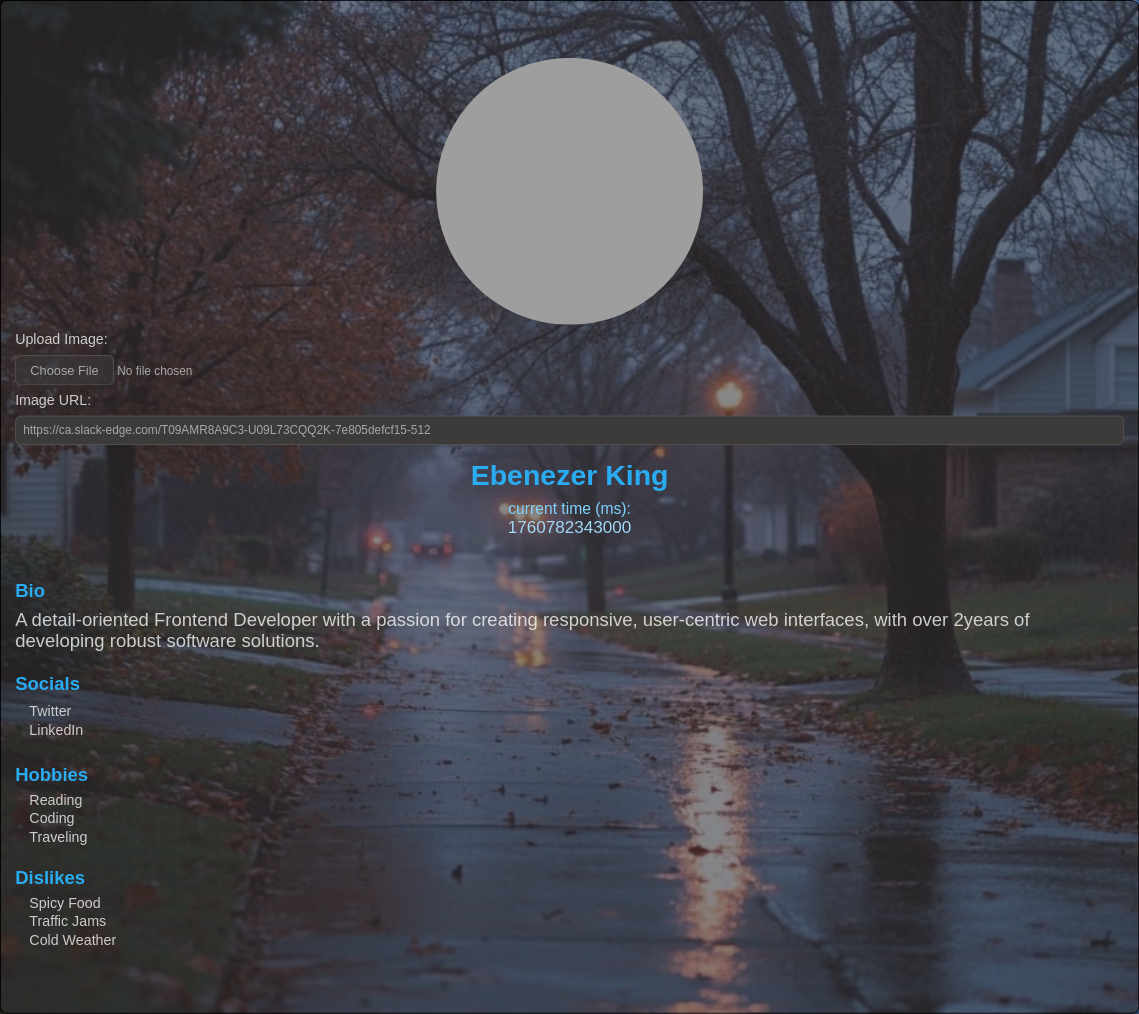
Repository: ebenezertiewei/profileCard
Page: index.html
These files come from the project's save history. The page is drawn as it stood at one moment and after the next save; the edit follows.
The browser window is 1280 px wide. The pictures show the whole page, at 89% of full size.
Pictures or frames that could not be fetched are drawn as grey boxes.

Above is the page before, as saved 2025-10-18 10:45:34.

### index.html
<!DOCTYPE html>
<html lang="en">
	<head>
		<meta charset="UTF-8" />
		<meta name="viewport" content="width=device-width, initial-scale=1.0" />
		<title>Profile Card</title>
		<link rel="stylesheet" href="style.css" />
	</head>
	<body>
		<!--------------------------------- PROFILE CARD CONTAINER ---------------------------->
		<article data-testid="test-profile-card">
			<!---------------------------------- PROFILE HEADER ---------------------------->
			<section id="profileHeader" data-testid="test-profile-header">
				<figure>
					<img
						src="https://ca.slack-edge.com/T09AMR8A9C3-U09L73CQQ2K-7e805defcf15-512"
						alt="Profile Avatar"
						data-testid="test-user-avatar"
						id="profileAvatar"
					/>
					<!-- <figcaption>Ebenezer King</figcaption> -->
				</figure>
				<section class="imageUploadMethods">
					<!-- image upload -->
					<label for="avatarUpload">Upload Image:</label>
					<input type="file" id="avatarUpload" accept="image/*" />
					<!-- image url -->
					<label for="avatarUrl">Image URL:</label>
					<input
						type="url"
						id="avatarUrl"
						placeholder="https://ca.slack-edge.com/T09AMR8A9C3-U09L73CQQ2K-7e805defcf15-512"
					/>
				</section>
				<h2 data-testid="test-user-name">Ebenezer King</h2>
				<!----------- current time----------->
				<span data-testid="test-user-time-header" class="time-header">
					current time (ms):
					<p data-testid="test-user-time"></p>
				</span>
			</section>
			<!---------------------------------- PROFILE DETAILS ---------------------------->
			<section id="profileDetails" data-testid="test-profile-details">
				<h3 data-testid="test-user-bio-header" class="bio-header">Bio</h3>
				<p data-testid="test-user-bio">
					A detail-oriented Frontend Developer with a passion for creating
					responsive, user-centric web interfaces, with over 2years of
					developing robust software solutions.
				</p>
				<!--------------------- social links ------------->
				<h3
					data-testid="test-user-social-links-header"
					class="social-links-header"
				>
					Socials
				</h3>
				<nav data-testid="test-user-social-links">
					<ul>
						<li>
							<a
								href="https://x.com/txch_king?s=11&t=o3w1r65yzU2hxbP-LDD1ug"
								target="_blank"
								rel="noopener noreferrer"
								data-testid="test-user-social-twitter"
							>
								Twitter
							</a>
						</li>
						<li>
							<a
								href="https://www.linkedin.com/in/ebenezer-t-093b21320/"
								target="_blank"
								rel="noopener noreferrer"
								data-testid="test-user-social-linkedin"
							>
								LinkedIn
							</a>
						</li>
					</ul>
				</nav>
				<!--------------------- hobbies ------------->
				<section data-testid="test-user-hobbies">
					<h3 data-testid="test-user-hobbies-header" class="hobbies-header">
						Hobbies
					</h3>
					<ul>
						<li>Reading</li>
						<li>Coding</li>
						<li>Traveling</li>
					</ul>
				</section>
				<!--------------------- dislikes ------------->
				<section data-testid="test-user-dislikes">
					<h3 data-testid="test-user-dislikes-header" class="dislikes-header">
						Dislikes
					</h3>
					<ul>
						<li>Spicy Food</li>
						<li>Traffic Jams</li>
						<li>Cold Weather</li>
					</ul>
				</section>
			</section>
		</article>

		<!-- javascript link -->
		<script src="script.js"></script>
	</body>
</html>

### style.css
/* ---------------------------------------------------------------- */
/*--------------- Project body general style ---------------*/
html {
	width: 100dvw;
	font-family: Arial, sans-serif;
	font-size: 1rem;
	font-weight: 400;
}
body {
	background-color: #605a5a;
	background-image: url("./assets/states.jpg");
	background-size: cover;
	background-position: center;
	background-repeat: no-repeat;
	/* height: 100%; */
	width: 100%;
}
* {
	padding: 0;
	margin: 0;
	border: 0;
	box-sizing: border-box;
	outline: none;
}

/*--------------------------MOBILE WORKFLOW---------------------*/
/*--------------profile card container -------------------*/
article[data-testid="test-profile-card"] {
	/* height: 100%; */
	width: 100%;
	padding: 3rem 1rem;
	background-color: rgba(61, 58, 58, 0.6);
	color: rgba(255, 255, 255, 0.761);
	display: flex;
	flex-direction: column;
	align-items: center;
	border: 1px solid #020202;
	border-radius: 8px;
	box-shadow: 0 2px 4px rgba(0, 0, 0, 0.1);
}

/*-------------  PROFILE HEADER  -------------*/
#profileHeader {
	width: 100%;
	display: flex;
	flex-direction: column;
	padding: 1rem 0;
	/* background-color: orange; */
}
#profileHeader figure {
	display: flex;
	flex-direction: column;
	align-items: center;
	margin-bottom: 0.5rem;
}
/*------------- profile header image -------------*/
#profileHeader img {
	border-radius: 50%;
	width: 300px;
	height: 300px;
	object-fit: cover;
}
/* -------------imageUploadMethods------------ */
.imageUploadMethods {
	display: flex;
	flex-direction: column;
	align-items: start;
}

.imageUploadMethods label {
	margin-bottom: 0.5rem;
}
.imageUploadMethods input {
	margin-bottom: 0.5rem;
	width: 100%;
}
#avatarUpload::file-selector-button {
	background-color: rgba(61, 58, 58, 0.6);
	color: #a8a8a8;
	padding: 0.5rem 1rem;
	border: 1px solid #555555;
	border-radius: 6px;
	cursor: pointer;
	font-size: 0.9rem;
	transition: background 0.3s;
}
#avatarUpload::file-selector-button:hover {
	background-color: #45a049;
	color: black;
}
#avatarUpload {
	color: #a8a8a8;
}
#avatarUrl::placeholder {
	background-color: rgb(61, 58, 58);
	color: #a8a8a8;
}
#avatarUrl {
	/* color: #ccc; */
	padding: 0.5rem;
	background-color: rgb(61, 58, 58);
	border: 1px solid #555555;
	border-radius: 6px;
}
/*--------------profile name --------------*/
#profileHeader h2 {
	display: flex;
	justify-content: center;
	margin: 0.5rem 0;
	font-size: 2rem;
	font-weight: 600;
	color: #2aacf3;
}
/*-------------- current time --------------*/
#profileHeader span[data-testid="test-user-time-header"] {
	display: flex;
	flex-direction: column;
	justify-content: center;
	align-items: center;
	font-size: 1.1rem;
	margin-bottom: 1rem;
	color: #7ed2ff;
}
#profileHeader p[data-testid="test-user-time"] {
	margin-bottom: 1rem;
	font-size: 1.2rem;
	color: #a1d8f6;
}
/*--------------  PROFILE DETAILS  --------------*/
.bio-header {
	display: flex;
	flex-direction: column;
	justify-content: start;
	margin-bottom: 0.5rem;
	font-size: 1.3rem;
	color: #2aacf3;
}
#profileDetails p[data-testid="test-user-bio"] {
	font-size: 1.3rem;
	margin-bottom: 1.5rem;
}
/* ------------------ social links --------------- */
.social-links-header {
	display: flex;
	flex-direction: column;
	justify-content: start;
	margin-bottom: 0.5rem;
	font-size: 1.3rem;
	color: #2aacf3;
}
#profileDetails nav[data-testid="test-user-social-links"] {
	display: flex;
	flex-direction: column;
	justify-content: start;
	margin-bottom: 1.5rem;
}
#profileDetails nav[data-testid="test-user-social-links"] ul {
	list-style: none;
}
#profileDetails nav[data-testid="test-user-social-links"] li {
	margin: 0.2rem 1rem;
}
#profileDetails nav[data-testid="test-user-social-links"] a {
	color: #ccc;
	text-decoration: none;
}
#profileDetails nav[data-testid="test-user-social-links"] a:hover {
	text-decoration: underline;
}
/* ------------------ hobbies --------------- */
.hobbies-header {
	display: flex;
	flex-direction: column;
	justify-content: start;
	margin-bottom: 0.5rem;
	font-size: 1.3rem;
	color: #2aacf3;
}
#profileDetails section[data-testid="test-user-hobbies"] ul {
	list-style: none;
	margin-bottom: 1.5rem;
}
#profileDetails section[data-testid="test-user-hobbies"] li {
	margin: 0.2rem 1rem;
}
/* ------------------ dislikes --------------- */
.dislikes-header {
	display: flex;
	flex-direction: column;
	justify-content: start;
	margin-bottom: 0.5rem;
	font-size: 1.3rem;
	color: #2aacf3;
}
#profileDetails section[data-testid="test-user-dislikes"] ul {
	list-style: none;
	margin-bottom: 1.5rem;
}
#profileDetails section[data-testid="test-user-dislikes"] li {
	margin: 0.2rem 1rem;
}

/* ---------------------------------- MEDIA QUERY ------------------------------- */

### script.js
// --------------------------------------------------------------------------
// ------------------- current time in milliseconds ----------
window.addEventListener("DOMContentLoaded", () => {
	const timeElement = document.querySelector('[data-testid="test-user-time"]');

	function updateTime() {
		const currentTime = Date.now();
		timeElement.textContent = currentTime;
	}

	updateTime();
	setInterval(updateTime, 1000);
});

// --------------------------------------------------------------------------
// ------------------- avatar image upload and image url upload ----------
window.addEventListener("DOMContentLoaded", () => {
	const avatarImg = document.getElementById("profileAvatar");
	const avatarImgUpload = document.getElementById("avatarUpload");
	const urlImgUpload = document.getElementById("avatarUrl");

	// Update avatar when a file is uploaded
	avatarImgUpload.addEventListener("change", (event) => {
		const file = event.target.files[0];
		if (file) {
			const imageUrl = URL.createObjectURL(file);
			avatarImg.src = imageUrl;

			// optional: revoke URL later to free memory
			avatarImg.onload = () => URL.revokeObjectURL(imageUrl);
		}
	});

	// Update avatar when a URL is entered
	urlImgUpload.addEventListener("input", () => {
		const url = urlImgUpload.value.trim();
		if (url) {
			avatarImg.src = url;
		}
	});
});

After the next save:
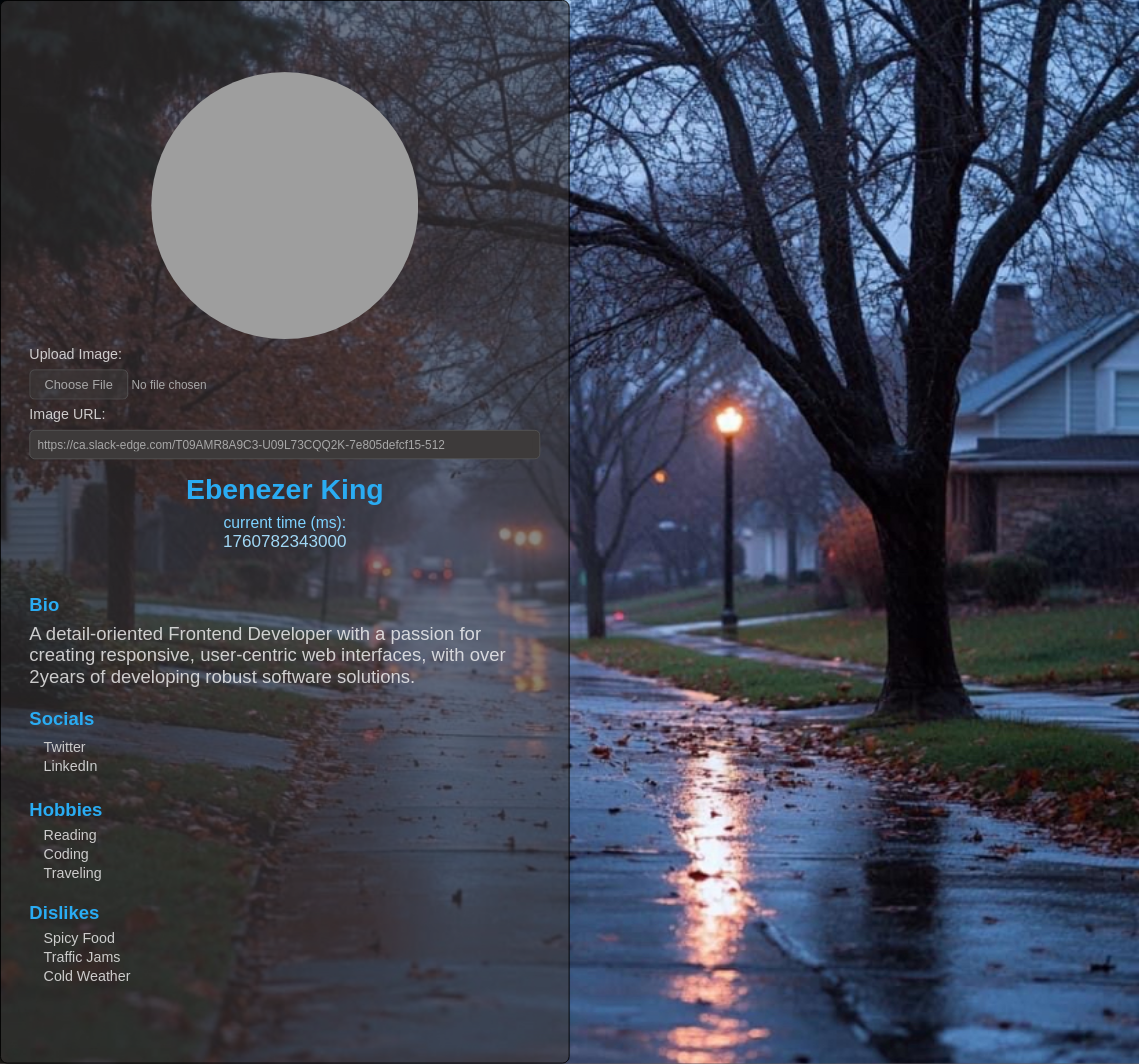
Saved 15 s later.
--- a/style.css
+++ b/style.css
@@ -201,3 +201,9 @@ article[data-testid="test-profile-card"] {
 }
 
 /* ---------------------------------- MEDIA QUERY ------------------------------- */
+@media (min-width: 768px) {
+	article[data-testid="test-profile-card"] {
+		width: 50%;
+		padding: 4rem 2rem;
+	}
+}
